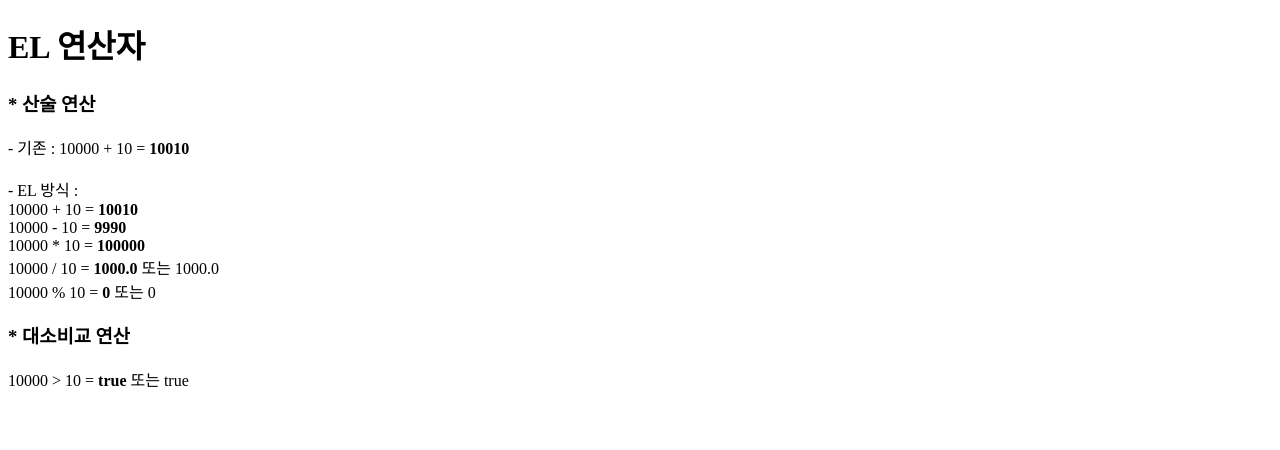
Repository: hailey-516/servlet
Page: http://localhost/3_elAction/operator.do
An editor plug-in stored every save of this project. The page is shown before and after the next save, followed by the edit.
The browser window is 1280 px wide. The pictures show the whole page.
The page is served by Tomcat 9.

Above is the page before, as saved 2024-08-26 05:14:51.

After the next save:
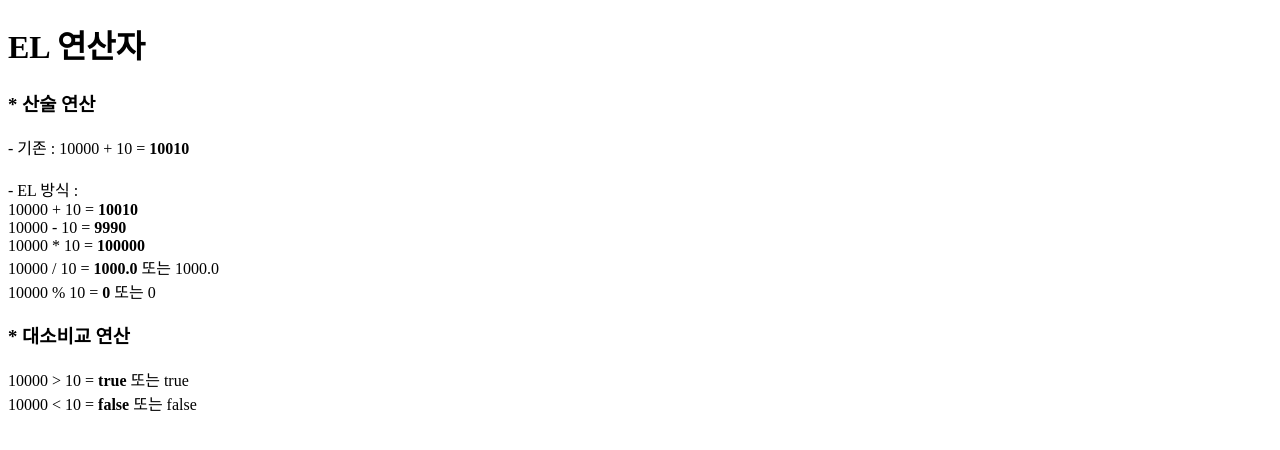
Saved 34 s later.
--- a/3_elAction/src/main/webapp/views/1_EL/02_elOperator.jsp
+++ b/3_elAction/src/main/webapp/views/1_EL/02_elOperator.jsp
@@ -21,7 +21,8 @@
 	10000 % 10 = <b>${ big % small }</b> 또는 ${ big mod small } <br>
 
 	<h3>* 대소비교 연산</h3>
-	10000 &gt; 10 = <b>${ big > small }</b> 또는 ${ big gt small }
+	10000 &gt; 10 = <b>${ big > small }</b> 또는 ${ big gt small } <br>
+	10000 &lt; 10 = <b>${ big < small }</b> 또는 ${ big lt small } <br>
 
 </body>
 </html>
